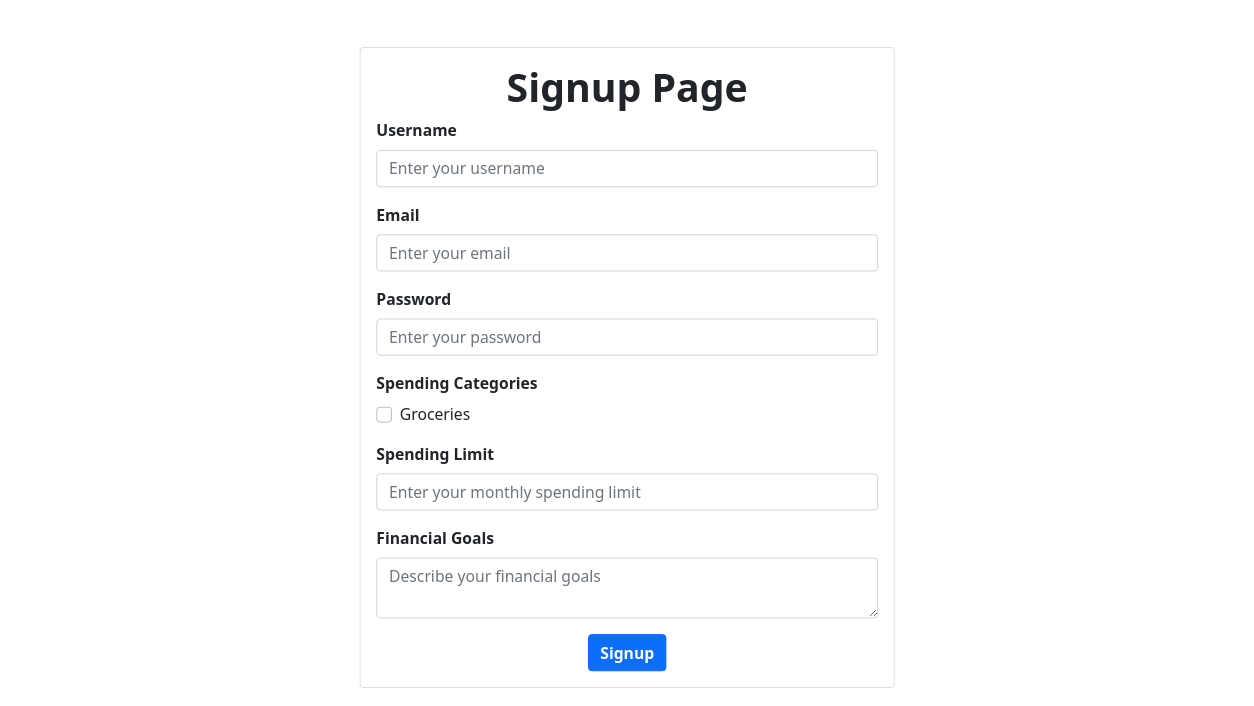
Repository: tommyshado/budget-buddy
Page: public/signup.html
An editor plug-in stored every save of this project. The page is shown before and after the next save, followed by the edit.
The browser window is 1280 px wide. The pictures show the whole page, at 98% of full size.

Above is the page before, as saved 2023-12-07 12:27:02.

After the next save:
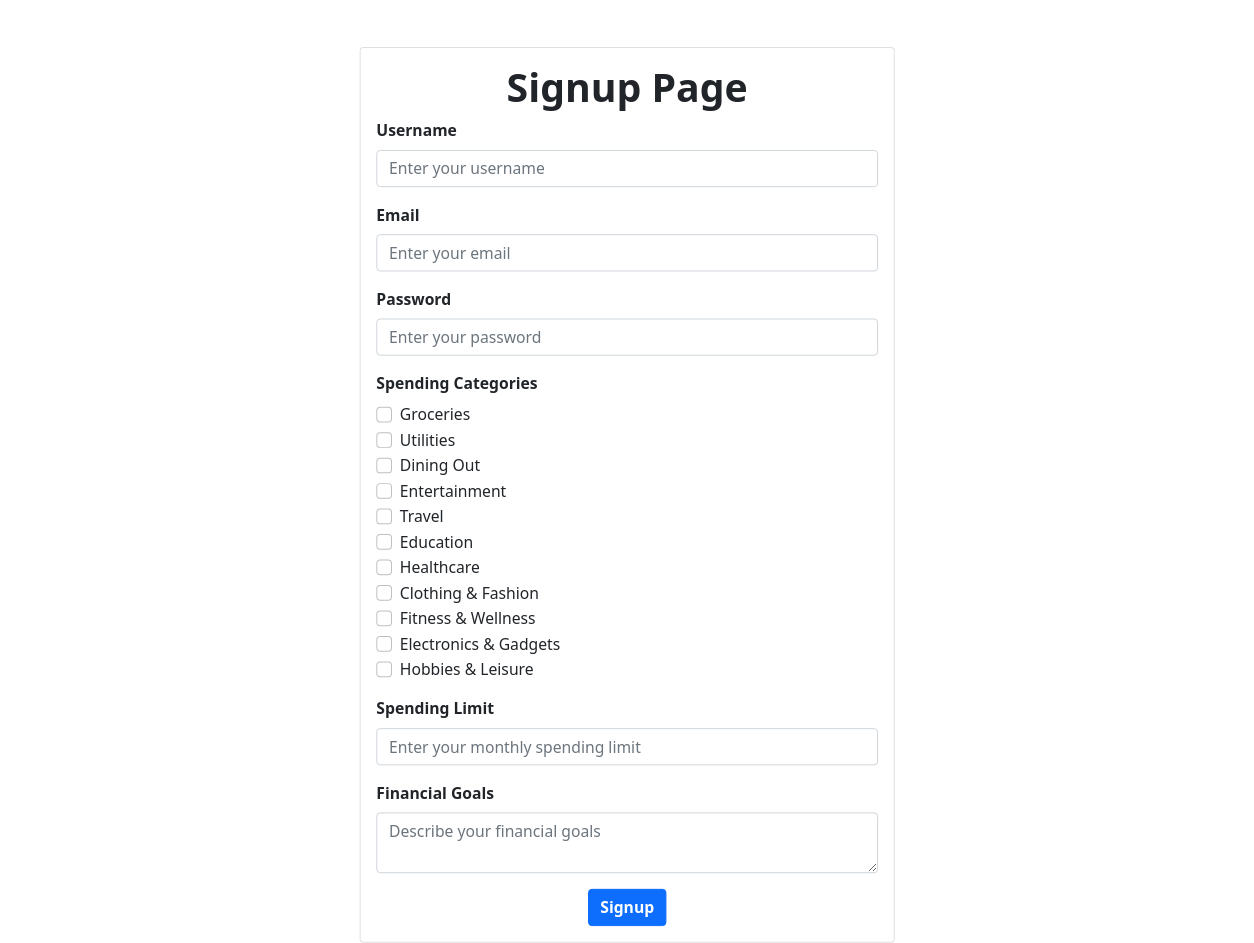
Saved 100 s later.
--- a/public/signup.html
+++ b/public/signup.html
@@ -39,15 +39,66 @@
                             <!-- Spending Categories -->
                             <div class="mb-3">
                                 <label class="form-label"><strong>Spending Categories</strong></label>
+
                                 <div class="form-check">
                                     <input type="checkbox" class="form-check-input" id="groceries" name="categories" value="groceries">
                                     <label class="form-check-label" for="groceries">Groceries</label>
                                 </div>
-                                <!-- Repeat for other categories -->
 
-                                <!-- ... other categories ... -->
+                                <div class="form-check">
+                                    <input type="checkbox" class="form-check-input" id="utilities" name="categories" value="utilities">
+                                    <label class="form-check-label" for="utilities">Utilities</label>
+                                </div>
+
+                                <div class="form-check">
+                                    <input type="checkbox" class="form-check-input" id="dining" name="categories" value="dining">
+                                    <label class="form-check-label" for="dining">Dining Out</label>
+                                </div>
+
+                                <div class="form-check">
+                                    <input type="checkbox" class="form-check-input" id="entertainment" name="categories" value="entertainment">
+                                    <label class="form-check-label" for="entertainment">Entertainment</label>
+                                </div>
+
+                                <div class="form-check">
+                                    <input type="checkbox" class="form-check-input" id="travel" name="categories" value="travel">
+                                    <label class="form-check-label" for="travel">Travel</label>
+                                </div>
+
+                                <div class="form-check">
+                                    <input type="checkbox" class="form-check-input" id="education" name="categories" value="education">
+                                    <label class="form-check-label" for="education">Education</label>
+                                </div>
+
+                                <div class="form-check">
+                                    <input type="checkbox" class="form-check-input" id="healthcare" name="categories" value="healthcare">
+                                    <label class="form-check-label" for="healthcare">Healthcare</label>
+                                </div>
+
+                                <div class="form-check">
+                                    <input type="checkbox" class="form-check-input" id="clothing" name="categories" value="clothing">
+                                    <label class="form-check-label" for="clothing">Clothing & Fashion</label>
+                                </div>
+
+                                <div class="form-check">
+                                    <input type="checkbox" class="form-check-input" id="fitness" name="categories" value="fitness">
+                                    <label class="form-check-label" for="fitness">Fitness & Wellness</label>
+                                </div>
+
+                                <div class="form-check">
+                                    <input type="checkbox" class="form-check-input" id="electronics" name="categories" value="electronics">
+                                    <label class="form-check-label" for="electronics">Electronics & Gadgets</label>
+                                </div>
+
+                                <div class="form-check">
+                                    <input type="checkbox" class="form-check-input" id="hobbies" name="categories" value="hobbies">
+                                    <label class="form-check-label" for="hobbies">Hobbies & Leisure</label>
+                                </div>
+
+                                <!-- Add more checkboxes as needed -->
 
                             </div>
+
 
                             <!-- Spending Limit -->
                             <div class="mb-3">
